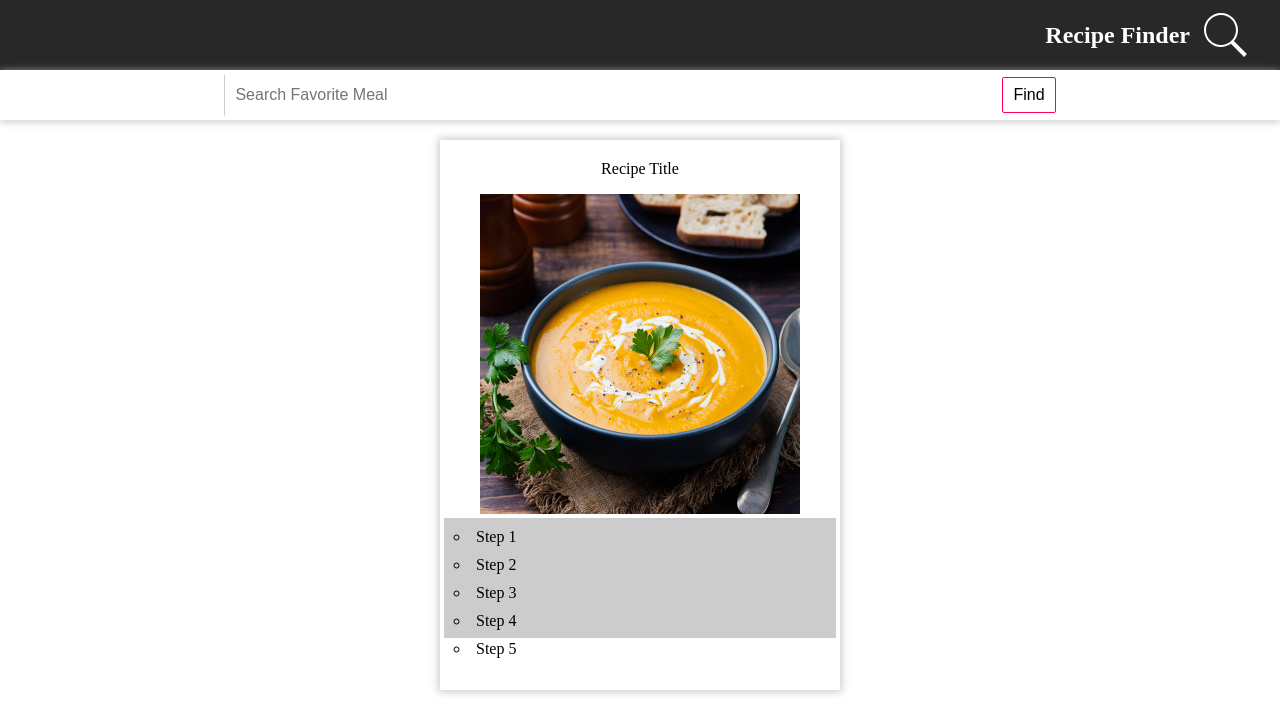
Repository: burntaftermint/recipes
Page: index.html
An editor plug-in stored every save of this project. The page is shown before and after the next save, followed by the edit.
The browser window is 1280 px wide. The pictures show the whole page.
The pointer rests on the first visible `.recipe`.

Above is the page before, as saved 2023-11-06 05:00:58.

### index.html
<!DOCTYPE html>
<html lang="en">
<head>
    <meta charset="UTF-8">
    <meta name="viewport" content="width=device-width, initial-scale=1.0">
    <title>Recipe Finder</title>
</head>
<body>
    <header>
        <h2>Recipe Finder</h2>
        <link rel="stylesheet" href="style.css">
        <img src="images/search.svg" alt="Search">
    </header>
    <section class="container">
        <div class="search">
            <input type="text" placeholder="Search Favorite Meal" autofocus>
            <button class="btn">Find</button>
        </div>
        <div id="recipe-container">
            <div class="recipe">
                <div class="recipe-title">Recipe Title</div>
                <div class="recipe-imge">
                    <img src="images/recipe.jpeg" alt="Recipe">
                </div>


        <div class="recipe-text">
            <ul>
                <li>Step 1</li>
                <li>Step 2</li>
                <li>Step 3</li>
                <li>Step 4</li>
                <li>Step 5</li>
            </ul>
        </div>
    </div>
</div>
    </section>
</body>
</html>

### style.css
:root {
    --light-color: #fff;
    --dark-color: #282828;
    --header-height: 70px;
    --search-height: 50px;
    --border-color: #ccc;
}
* {
    margin: 0;
    padding: 0;
    box-sizing: border-box;
}

body {
    height: 100vh;
    width: 100vw;
    background: var(--light-color);
}

.container {
    text-align: center;
    height: calc(100vh - var(--header-height));
}

header {
    height: var(--header-height);
    background: var(--dark-color);
    display: flex;
    align-items: center;
    justify-content: flex-end;
    color: var(--light-color);
    gap: 10px;
    padding-right: 30px;
}

header img {
    filter: invert(1);
}

.search {
    display: flex;
    justify-content: center;
    align-items: center;
    height: var(--search-height);
    gap: 10px;
    box-shadow: 0px 2px 8px 0px var(--border-color);
}

.search input[type="text"] {
    padding: 8px 10px;
    line-height: 1.5;
    font-size: 1rem;
    border: none;
    border-left: 1px solid var(--border-color);
    border-bottom: 1px solid transparent;
    outline: none;
    transition: all 200ms ease-in-out;
    width: 60%;

}

.search input[type="text"] :focus {
    border-left-color: transparent;
    border-bottom-color: var(--border-color);
    width: 61%;
}

.btn {
    padding: 8px 10px;
    background: transparent;
    border-radius: 2px;
    user-select: none;
    font-size: 1rem;
    border: 1px solid #ff005d;
    cursor: pointer;
}

.btn:hover {
    background: #ff005d;
    border-color: var(--light-color);
}

#recipe-container {
    display: flex;
    justify-content: center;
    align-items: flex-start;
}

.recipe {
    height: 400px;
    width: 400px;
    padding: 4px;
    box-shadow: 0px 0px 8px 2px var(--border-color);
    margin: 20px;
}

.recipe-title {
    height: 50px;
    display: flex;
    align-items: center;
    justify-content: center;
    font-size: 1rem;
}

.recipe-image {
    height: 210px;
}

.recipe-image img {
    height: 100%;
    width: 100%;
}

.recipe-text {
    height: 0px;
    visibility: hidden;
    opacity: 0;
    transition: all 200ms ease-in-out;
    background: #ccc;
}

.recipe-text ul {
    list-style-type: circle;
    list-style-position: inside;
    text-align: left;
    padding: 5px;
}

.recipe-text ul > li {
    padding: 5px;
}

.recipe:hover .recipe-text {
    height: 120px;
    visibility: visible;
    opacity: 1;
}

.recipe:hover{
    height: 550px;
}

After the next save:
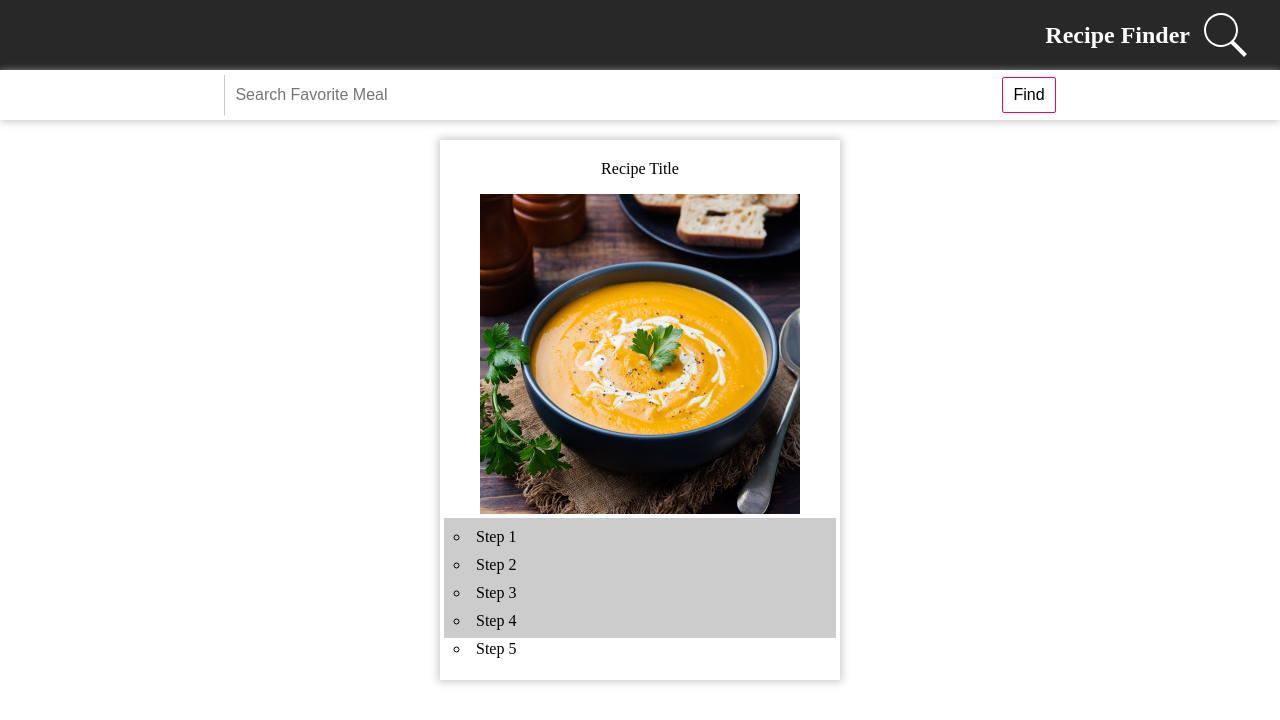
Saved 9 s later.
--- a/style.css
+++ b/style.css
@@ -137,5 +137,5 @@ header img {
 }
 
 .recipe:hover{
-    height: 550px;
+    height: 540px;
 }
